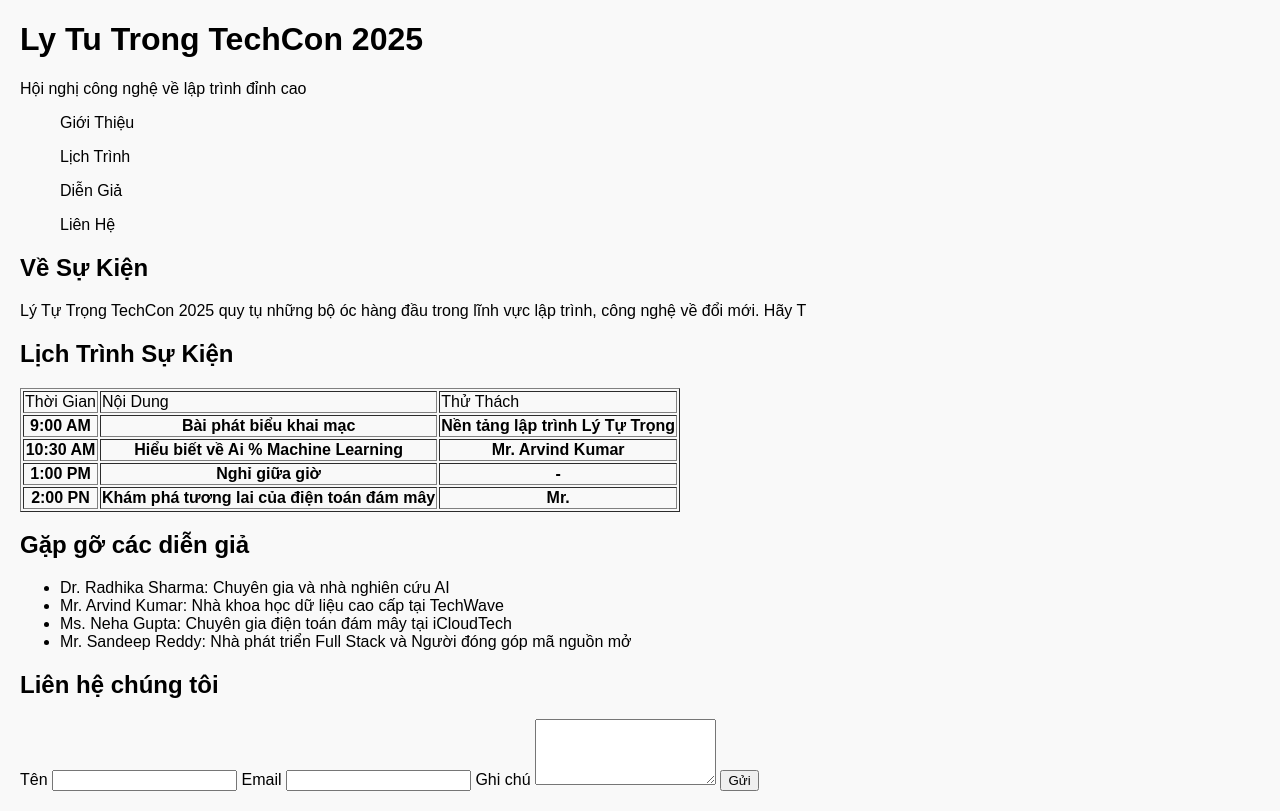
Repository: NhatMinh121/BaiTapVeNha1
Page: index.html
The author's editor kept a copy of each file at every save. The page is drawn from the files as they stood at one save, then again after the next save.
The browser window is 1280 px wide. The pictures show the whole page.

Above is the page before, as saved 2025-03-28 22:35:06.

### index.html
<!DOCTYPE html>
<html lang="en">

<head>
    <meta charset="UTF-8">
    <meta name="viewport" content="width=device-width, initial-scale=1.0">
    <title>Lý Tự Trọng TechCon 2025</title>
    <link rel="stylesheet" href="style.css">
</head>

<body>
    <header>
        <h1>Ly Tu Trong TechCon 2025</h1>
        <p>Hội nghị công nghệ về lập trình đỉnh cao</p>
        <div class="menu">
            <nav>
                <ul>Giới Thiệu</ul>
                <ul>Lịch Trình</ul>
                <ul>Diễn Giả</ul>
                <ul>Liên Hệ</ul>
            </nav>
        </div>

    </header>
    <main>
        <div class="main-event">
            <h2>Về Sự Kiện</h2>
            <p>Lý Tự Trọng TechCon 2025 quy tụ những bộ óc hàng đầu trong lĩnh vực lập trình, công nghệ về đổi mới. Hãy T</p>
        </div>
        <div class="main-schedule">
            <h2>Lịch Trình Sự Kiện</h2>
            <table border="1">
                <tr>
                    <td>Thời Gian</td>
                    <td>Nội Dung</td>
                    <td>Thử Thách</td>
                </tr>
                <tr>
                    <th>9:00 AM</th>
                    <th>Bài phát biểu khai mạc</th>
                    <th>Nền tảng lập trình Lý Tự Trọng</th>
                </tr>
                <tr>
                    <th>10:30 AM</th>
                    <th>Hiểu biết về Ai % Machine Learning</th>
                    <th>Mr. Arvind Kumar</th>
                </tr>
                <tr>
                    <th>1:00 PM</th>
                    <th>Nghỉ giữa giờ</th>
                    <th>-</th>
                </tr>
                <tr>
                    <th>2:00 PN</th>
                    <th>Khám phá tương lai của điện toán đám mây</th>
                    <th>Mr.</th>
                </tr>
            </table>
        </div>
        <div class="Meeting">
            <h2>Gặp gỡ các diễn giả</h2>
            <ul>
                <li><span class="name">Dr. Radhika Sharma:</span> Chuyên gia và nhà nghiên cứu AI</li>
                <li><span class="name">Mr. Arvind Kumar:</span> Nhà khoa học dữ liệu cao cấp tại TechWave</li>
                <li><span class="name">Ms. Neha Gupta:</span> Chuyên gia điện toán đám mây tại iCloudTech</li>
                <li><span class="name">Mr. Sandeep Reddy:</span> Nhà phát triển Full Stack và Người đóng góp mã nguồn mở</li>
            </ul>
        </div>
    </main>

    <footer>
        <div class="footer-contract">
            <h2>Liên hệ chúng tôi</h2>
            <form action="#" method="post">
                <label for="name">Tên</label>
                <input type="text" id="name" name="name" required>
                <label for="email">Email</label>
                <input type="email" id="email" name="email" required>
                <label for="message">Ghi chú</label>
                <textarea id="message" name="message" rows="4" required></textarea>
                <button type="submit" value="Gửi">Gửi</button>
            </form>
        </div>

    </footer>

</body>

### style.css
body {
    font-family: Arial, sans-serif;
    margin: 20px;
    padding: 0;
    background-color: #f9f9f9;
}

After the next save:
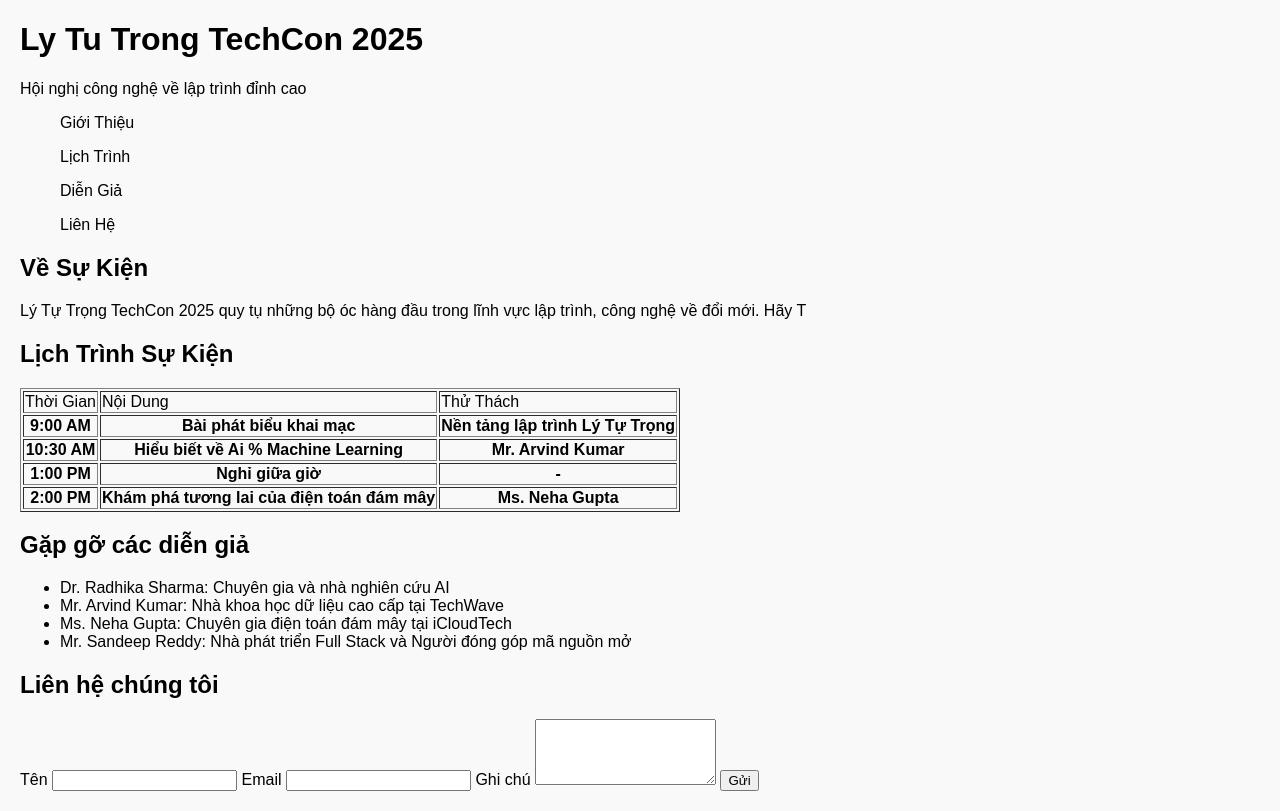
Saved 18 s later.
--- a/index.html
+++ b/index.html
@@ -51,9 +51,9 @@
                     <th>-</th>
                 </tr>
                 <tr>
-                    <th>2:00 PN</th>
+                    <th>2:00 PM</th>
                     <th>Khám phá tương lai của điện toán đám mây</th>
-                    <th>Mr.</th>
+                    <th>Ms. Neha Gupta</th>
                 </tr>
             </table>
         </div>
